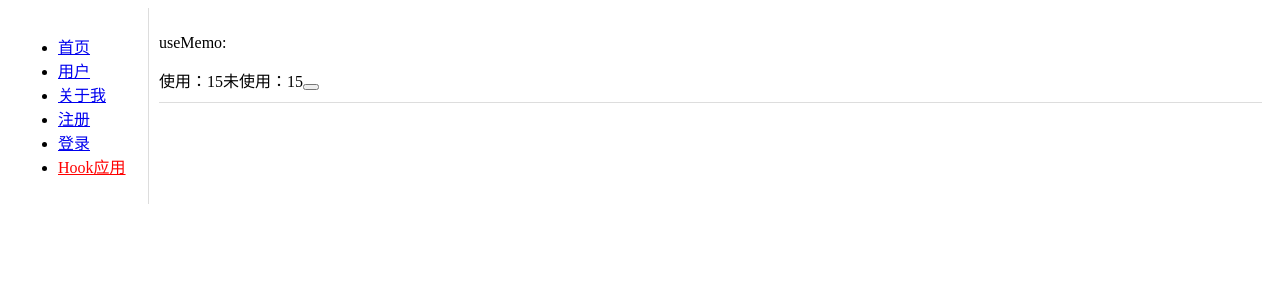
Repository: shellingfordly/js-library-Demo
Page: /hook (app in demo/react/demo/)
The author's editor kept a copy of each file at every save. The page is drawn from the files as they stood at one save, then again after the next save.
The browser window is 1280 px wide. The pictures show the whole page.
The project was rebuilt for these pictures with package versions that can differ from the ones it lists, and the page was loaded fresh each time. Also part of the build but not shown: demo/react/demo/src/views/home/components/UseReducer.js, demo/react/demo/src/views/home/components/SetTimeout.js, demo/react/demo/src/views/home/hook/context.js, demo/react/demo/src/views/home/components/context/useContext.js, demo/react/demo/src/views/home/components/context/contextType.js, demo/react/demo/src/views/home/components/context/consumer.js, demo/react/demo/src/views/home/utils/highComponent.js, demo/react/demo/src/views/home/Home.js and 12 more.

Above is the page before, as saved 2021-01-17 23:02:15.

After the next save:
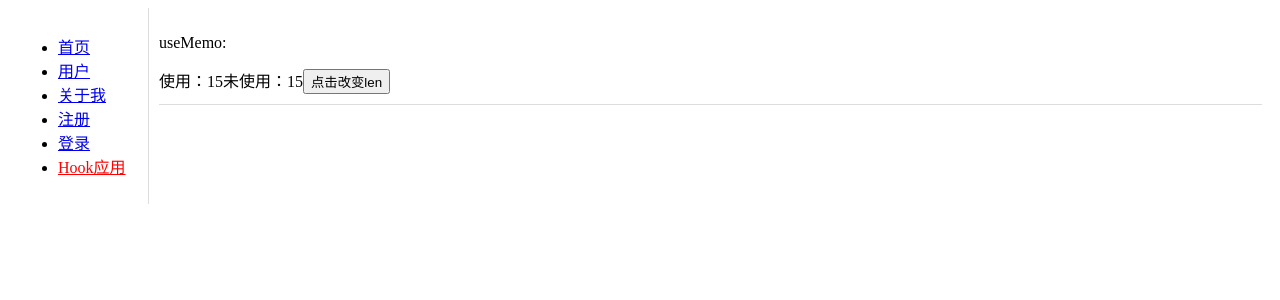
Saved 12 s later.
--- a/demo/react/demo/src/views/HookComponent/index.js
+++ b/demo/react/demo/src/views/HookComponent/index.js
@@ -10,7 +10,7 @@ export default function HookComponent() {
         <p>useMemo: </p>
         使用：<UseMemoComponent len={len} />
         未使用：<UseFunComponent len={len} />
-        <button onClick={()=>{setLen(6)}}></button>
+        <button onClick={()=>{setLen(6)}}>点击改变len</button>
       </div>
     </div>
   )
